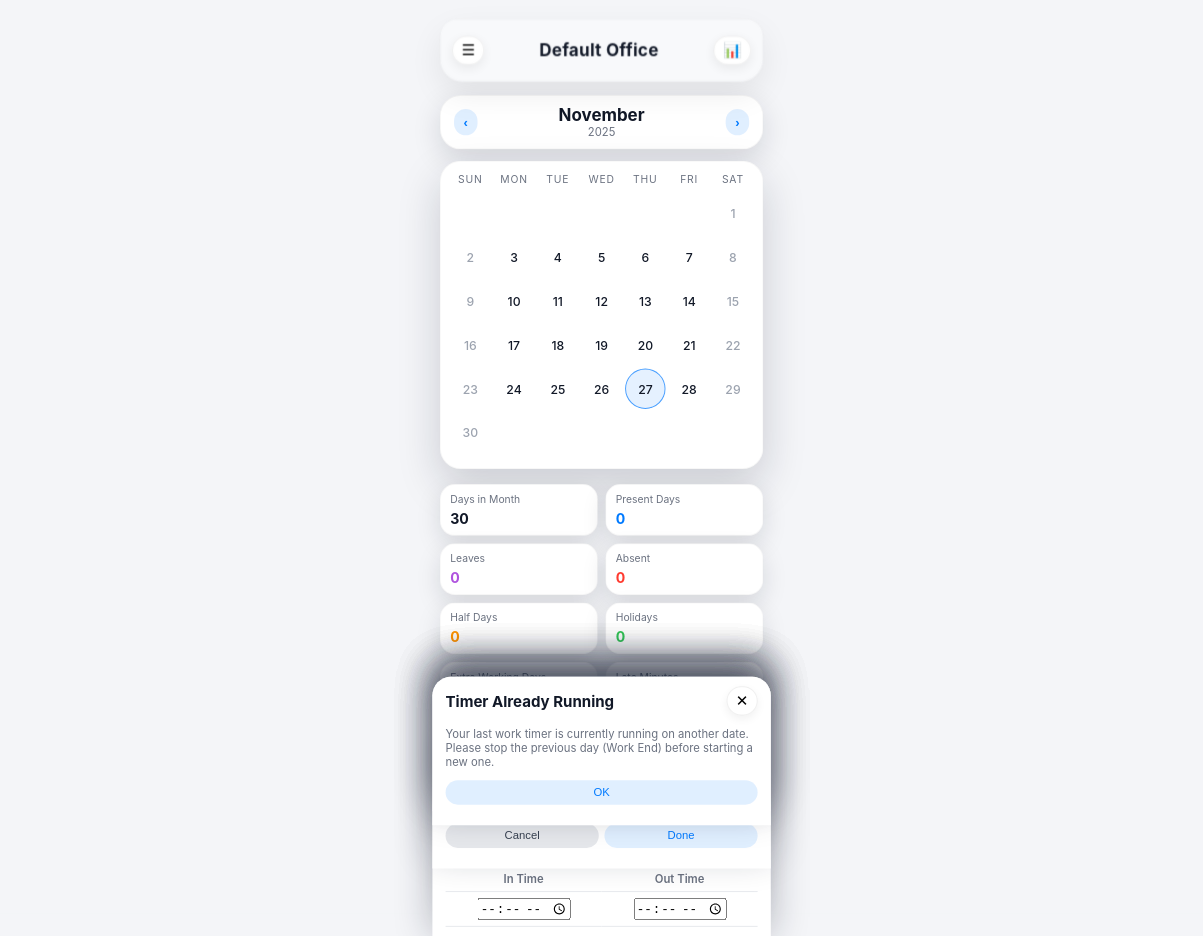
Repository: manjituidesigner/new-calendar
Page: index.html
An editor plug-in stored every save of this project. The page is shown before and after the next save, followed by the edit.
The browser window is 1280 px wide. The pictures show the whole page, at 94% of full size.

Above is the page before, as saved 2025-11-27 16:50:14.

After the next save:
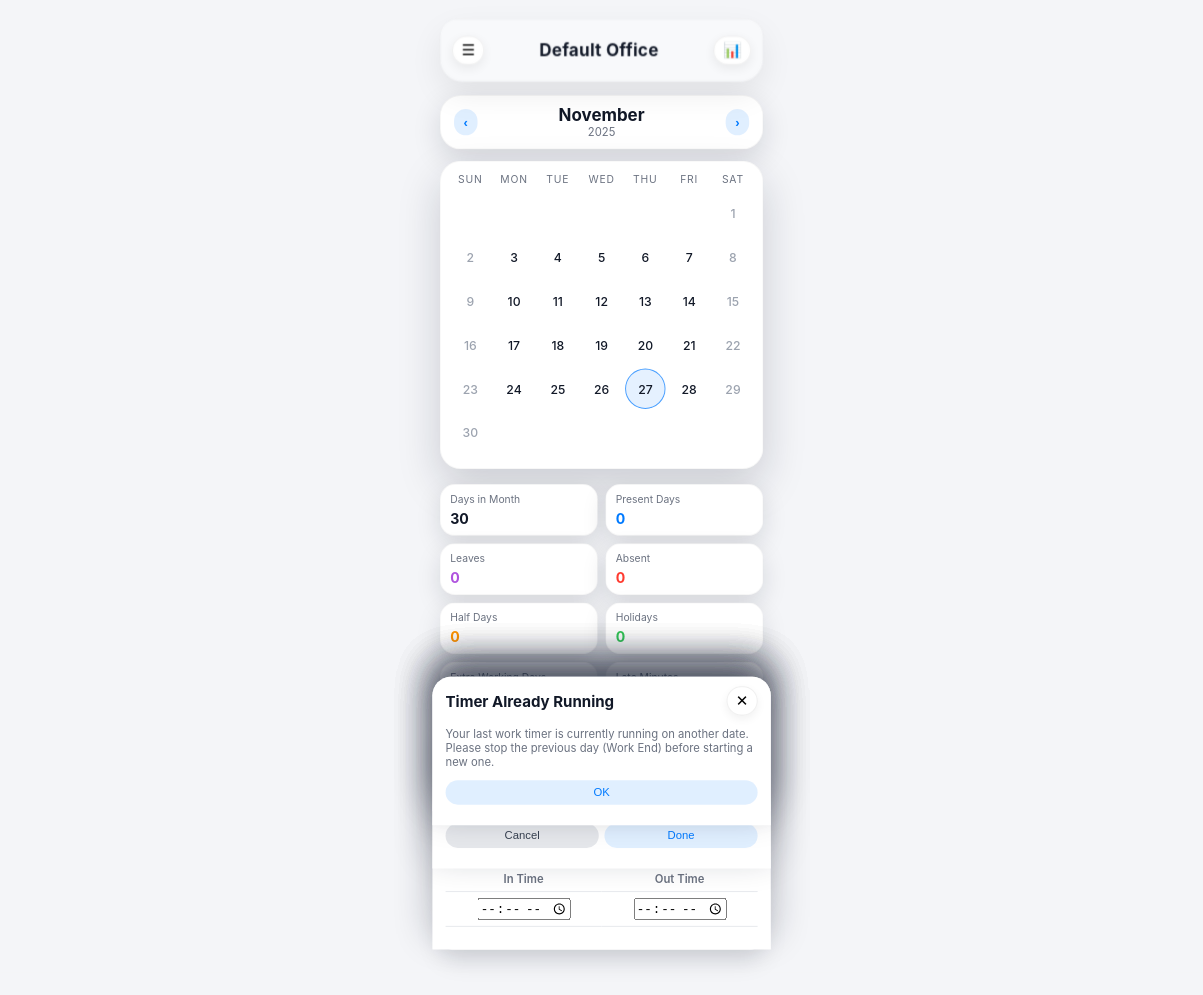
Saved 18 h 15 min later.
--- a/index.html
+++ b/index.html
@@ -233,6 +233,10 @@
         <div class="stat-card wide">
           <span class="stat-label">Working Hours</span>
           <span class="stat-value" id="statWorkingHours">0h 0m</span>
+        </div>
+        <div class="stat-card wide">
+          <span class="stat-label">Today Worked</span>
+          <span class="stat-value" id="statTodayWorkingHours">0h 0m</span>
         </div>
         <div class="stat-card wide">
           <span class="stat-label">Calculated Salary</span>
